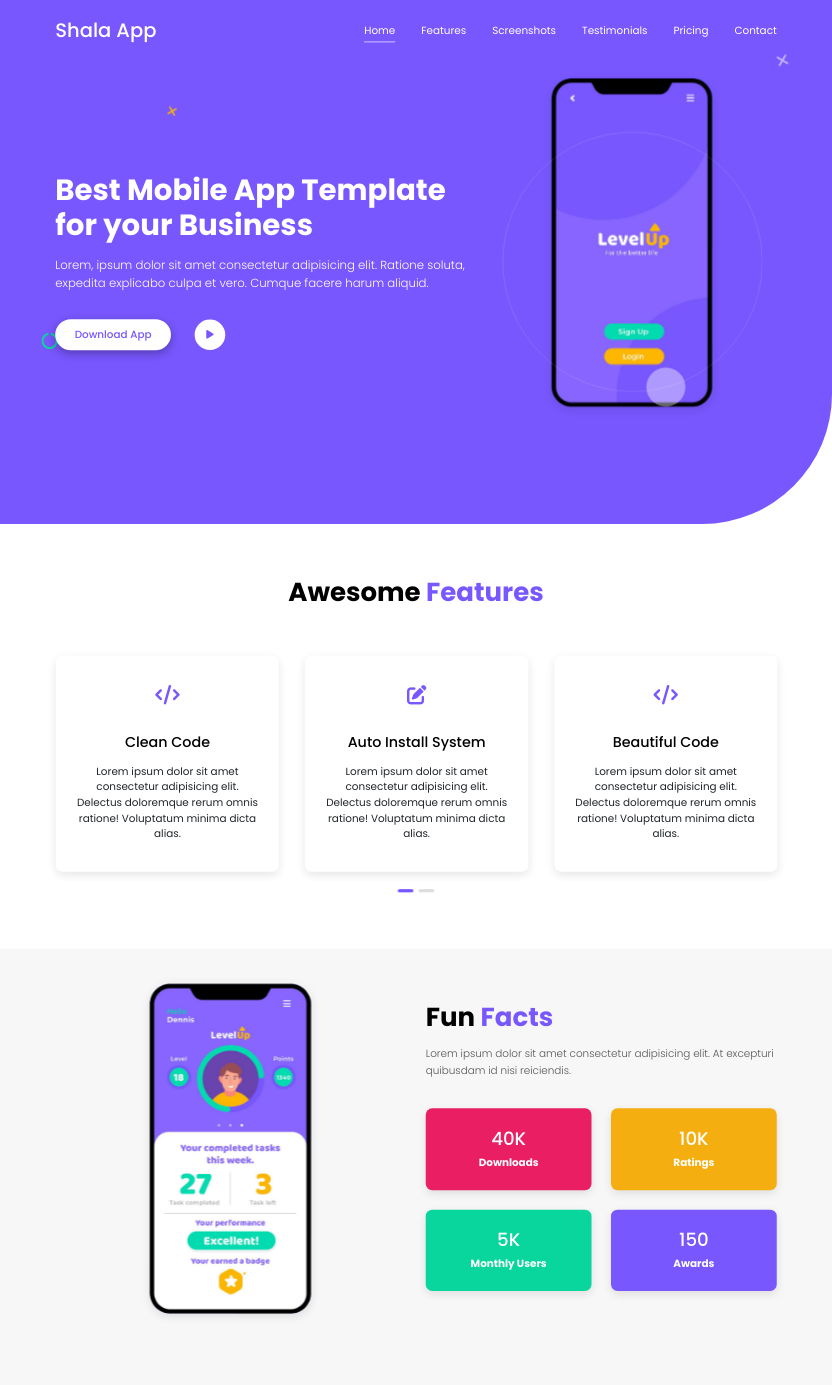
Repository: Mohamed-Hema/Shala-App
Page: index.html
An editor plug-in stored every save of this project. The page is shown before and after the next save, followed by the edit.
The browser window is 1280 px wide. The pictures show the whole page, at 65% of full size.
Some web libraries are served in a nearby version.

Above is the page before, as saved 2021-02-19 17:07:54.

After the next save:
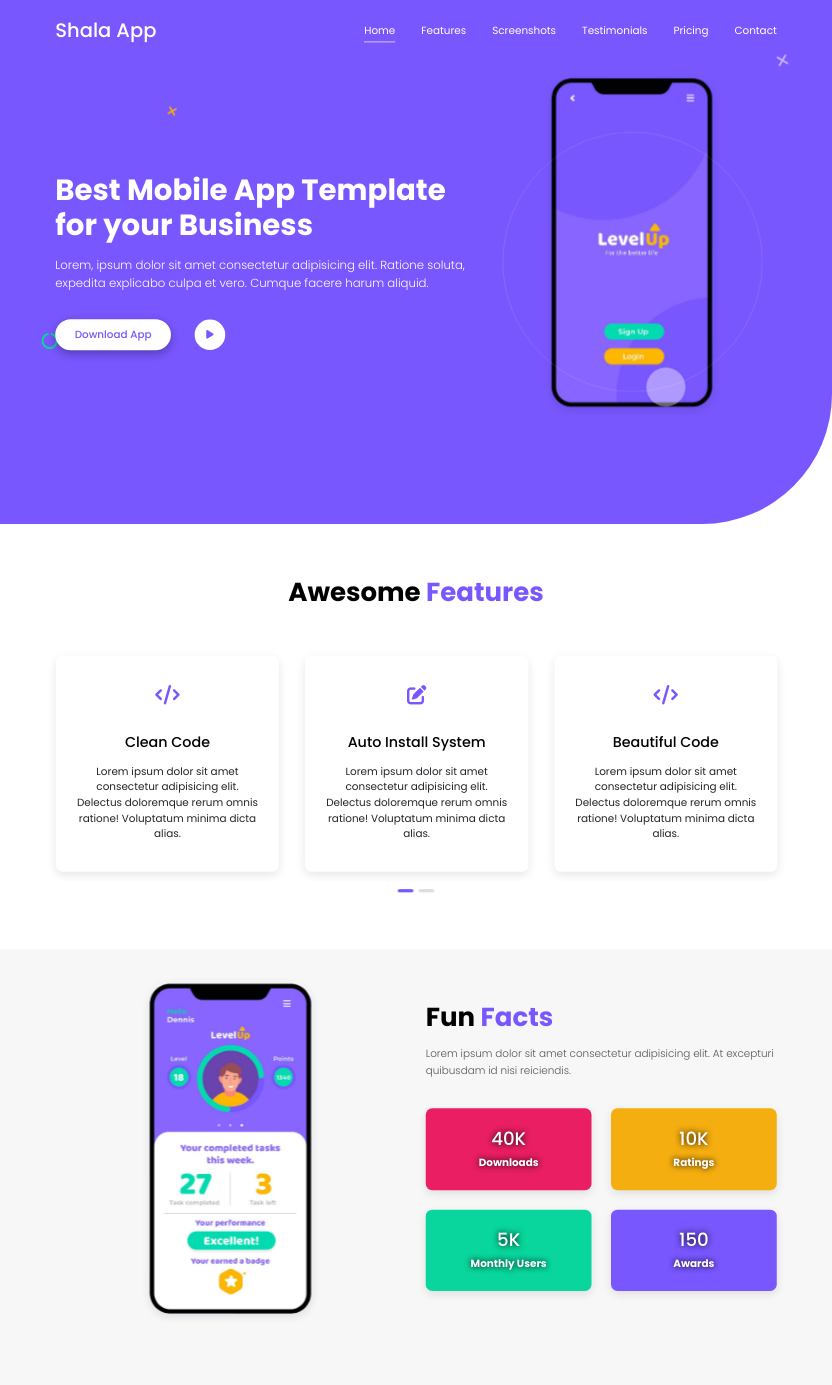
Saved 15 s later.
--- a/css/style.css
+++ b/css/style.css
@@ -439,6 +439,7 @@
     margin-top: 30px;
     color: #fff;
     font-weight: bold;
+    text-shadow: 0 0 10px #000;
 }
 .fun-fact-item.style-1{
     background-color: var(--color-1);

After the 3 saves that followed:
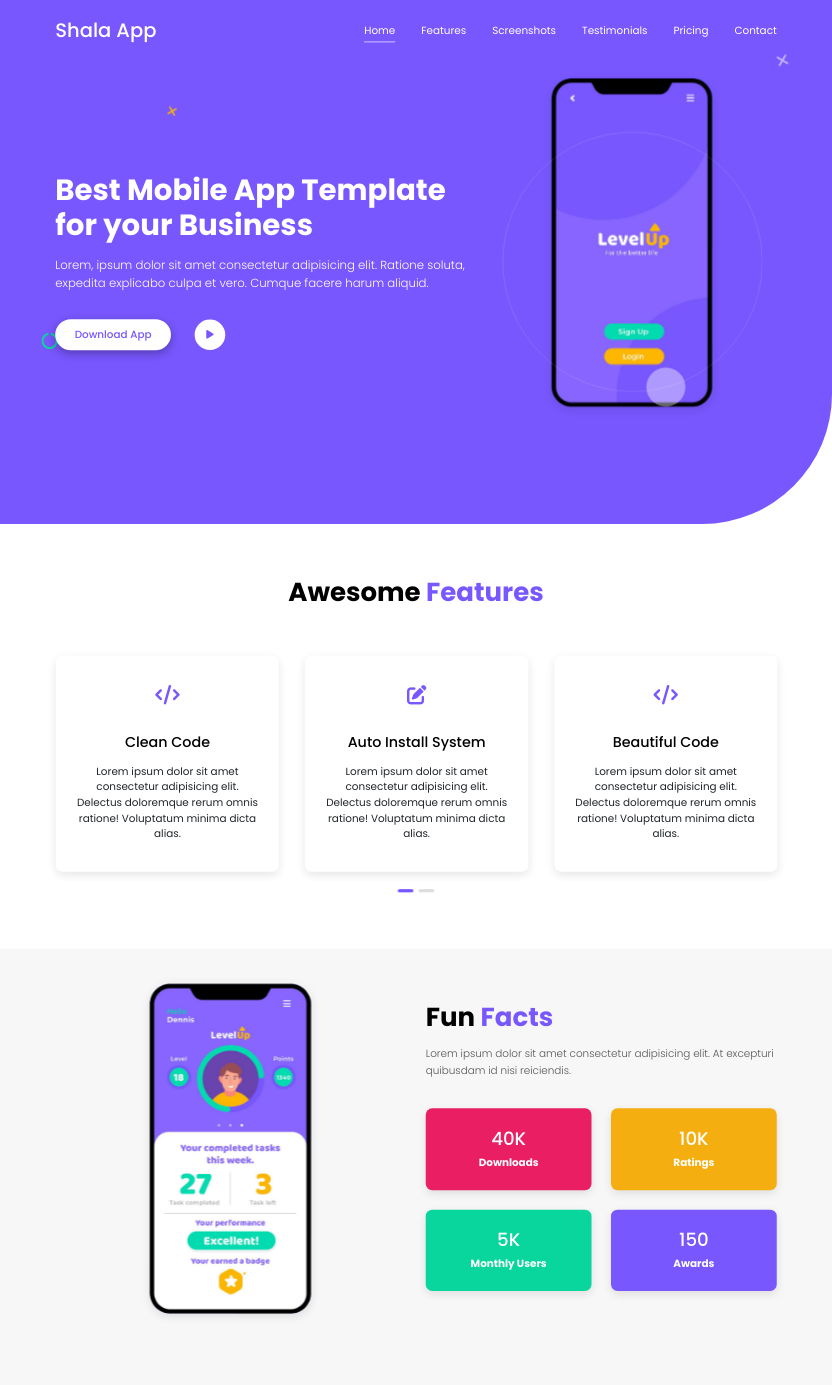
The 3 saves are shown as one change because they came seconds apart.
The last was saved 10 s later.
--- a/css/style.css
+++ b/css/style.css
@@ -439,7 +439,6 @@
     margin-top: 30px;
     color: #fff;
     font-weight: bold;
-    text-shadow: 0 0 10px #000;
 }
 .fun-fact-item.style-1{
     background-color: var(--color-1);
